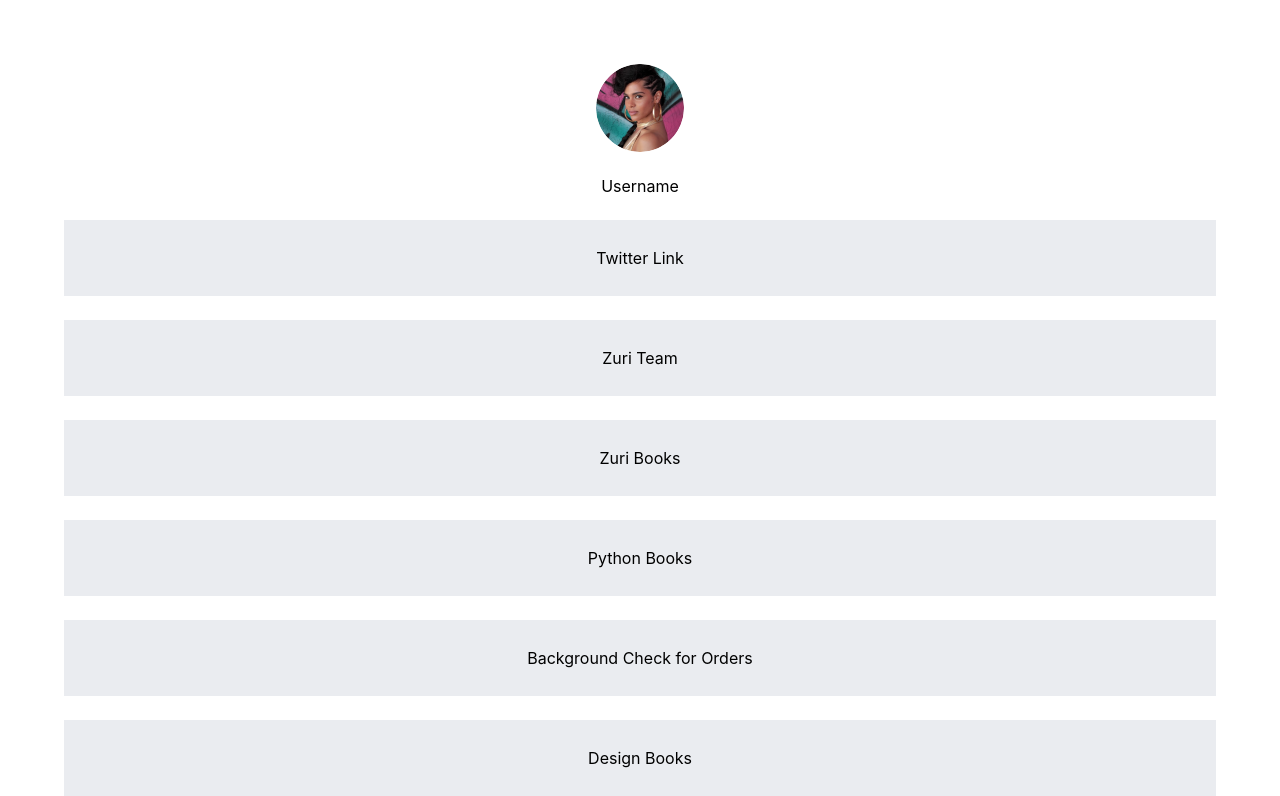
Repository: uh-sman/Zuri-task-one
Page: /
These files come from the project's save history. The page is drawn as it stood at one moment and after the next save; the edit follows.
The browser window is 1280 px wide. The pictures show the whole page.
The project was rebuilt for these pictures with package versions that can differ from the ones it lists, and the page was loaded fresh each time.

Above is the page before, as saved 2022-10-23 19:31:31.

### src/App.js
import "./App.css";
import Home from "./Components/Home";

function App() {
  return (
    <div className="App">
      <Home />
    </div>
  );
}

export default App;

### src/Components/Home.js
import React from "react";
import Body from "./Body";

import Dashboard from "./Dashboard";
const Home = () => {
  return (
    <div>
      <Dashboard />
      <Body />
    </div>
  );
};

export default Home;

### src/Components/Body.js
import { useState } from "react";
import "./body.css";
import { data } from "../dummy";
const Body = () => {
  //   const [data, setData] = useState([]);

  return (
    <div>
      {data.map(({ id, title, description, link }) => (
        <div key={id} className="body-container">
          <div className="box">
            <a>{title}</a>
          </div>
        </div>
      ))}
    </div>
  );
};

export default Body;

### src/Components/Dashboard.js
import React from "react";
import profile from "./assets/profile.png";
import "./dashboard.css";
const Dashboard = () => {
  return (
    <div className="dashboard">
      <div className="dashboard-container">
        <img className="image" src={profile} />
        <div className="text-section">
          <p>Username{}</p>
        </div>
      </div>
    </div>
  );
};

export default Dashboard;

### src/Components/body.css
.body-container {
  display: flex;
  flex-direction: column;
  align-items: center;
  padding: 0px;
  /* margin-top: 56px; */
  /* gap: 24px; */
  /* isolation: isolate; */
}
.box {
  display: flex;
  flex-direction: column;
  justify-content: center;
  align-items: center;
  padding: 24px 32px;
  /* gap: 8px; */
  margin-top: 24px;
  background-color: #eaecf0;
  width: 1152px;
  height: 76px;
}

### src/dummy.js
export const data = [
  {
    id: "",
    title: "Twitter Link",
    link: "",
  },
  {
    id: "btn_zuri",
    title: "Zuri Team",
    description: "",
    link: "https://training.zuri.team/",
  },
  {
    id: "books",
    title: "Zuri Books",
    description: "",
    link: "http://books.zuri.team ",
  },
  {
    id: " book_python",
    title: "Python Books",
    description: "https://books.zuri.team",
    link: "",
  },
  {
    id: "pitch",
    title: "Background Check for Orders",
    description: "",
    link: " https://background.zuri.team",
  },
  {
    id: "book__design",
    title: "Design Books",
    description: "",
    link: "https://books.zuri.team/design-rules",
  },
];

### src/Components/dashboard.css
/* .dashboard {
  background-color: red;
  width: 100px;
  height: 100px;
} */
.dashboard-container {
  display: flex;
  flex-direction: column;
  justify-content: center;
  margin: auto;
  align-items: center;
}
.image {
  height: 88px;
  width: 88px;
  left: 532px;
  top: 0px;
  border-radius: 275px;
  margin-top: 64px;
}
.text-section {
  margin-top: 24px;
}

Loaded but not shown: public/index.html (common file); src/index.js (common file); src/index.css (common file); src/reportWebVitals.js (common file); src/App.css (common file)

After the next save:
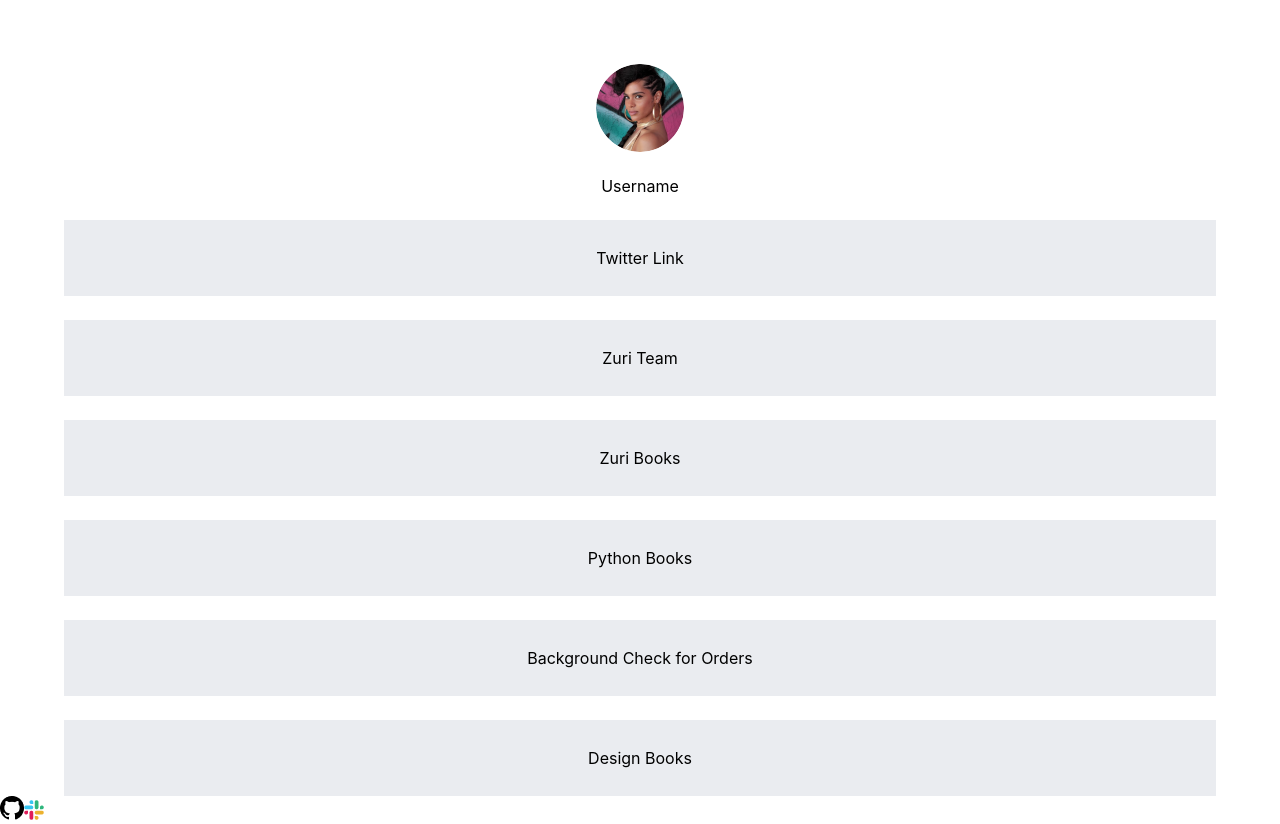
Saved 8 min 16 s later.
--- a/src/Components/Body.js
+++ b/src/Components/Body.js
@@ -1,5 +1,7 @@
 import { useState } from "react";
 import "./body.css";
+import github from "./assets/Icon.png";
+import slack from "./assets/slack.png";
 import { data } from "../dummy";
 const Body = () => {
   //   const [data, setData] = useState([]);
@@ -13,6 +15,10 @@ const Body = () => {
           </div>
         </div>
       ))}
+      <div>
+        <img src={github} />
+        <img src={slack} />
+      </div>
     </div>
   );
 };
